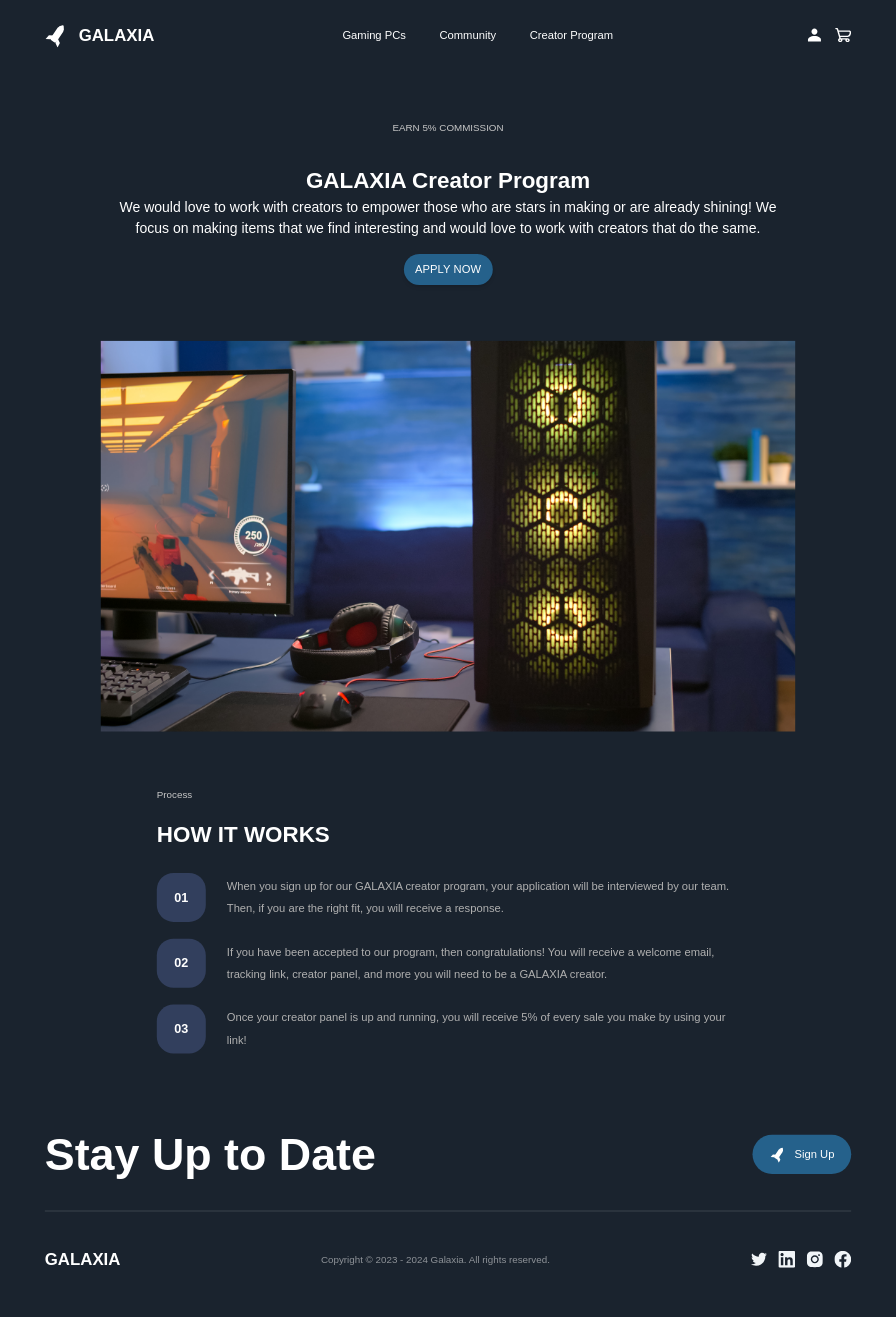
Repository: kaitlynlie/galaxia_pcs
Page: /creator
An editor plug-in stored every save of this project. The page is shown before and after the next save, followed by the edit.
The browser window is 1280 px wide. The pictures show the whole page, at 70% of full size.
Some web fonts or font styles are not loaded; a fallback is used. The project was rebuilt for these pictures with package versions that can differ from the ones it lists, and the page was loaded fresh each time. Also part of the build but not shown: vite.config.js, components/Button.jsx, components/PCcard.jsx, sections/Hero.jsx, sections/Triton.jsx, sections/Neptune.jsx, sections/Jupiter.jsx, sections/WhyUs.jsx and 7 more. Imported but missing from the stored project, and not drawn on this page: src/assets/video.mp4.

Above is the page before, as saved 2023-08-08 18:45:46.

After the next save:
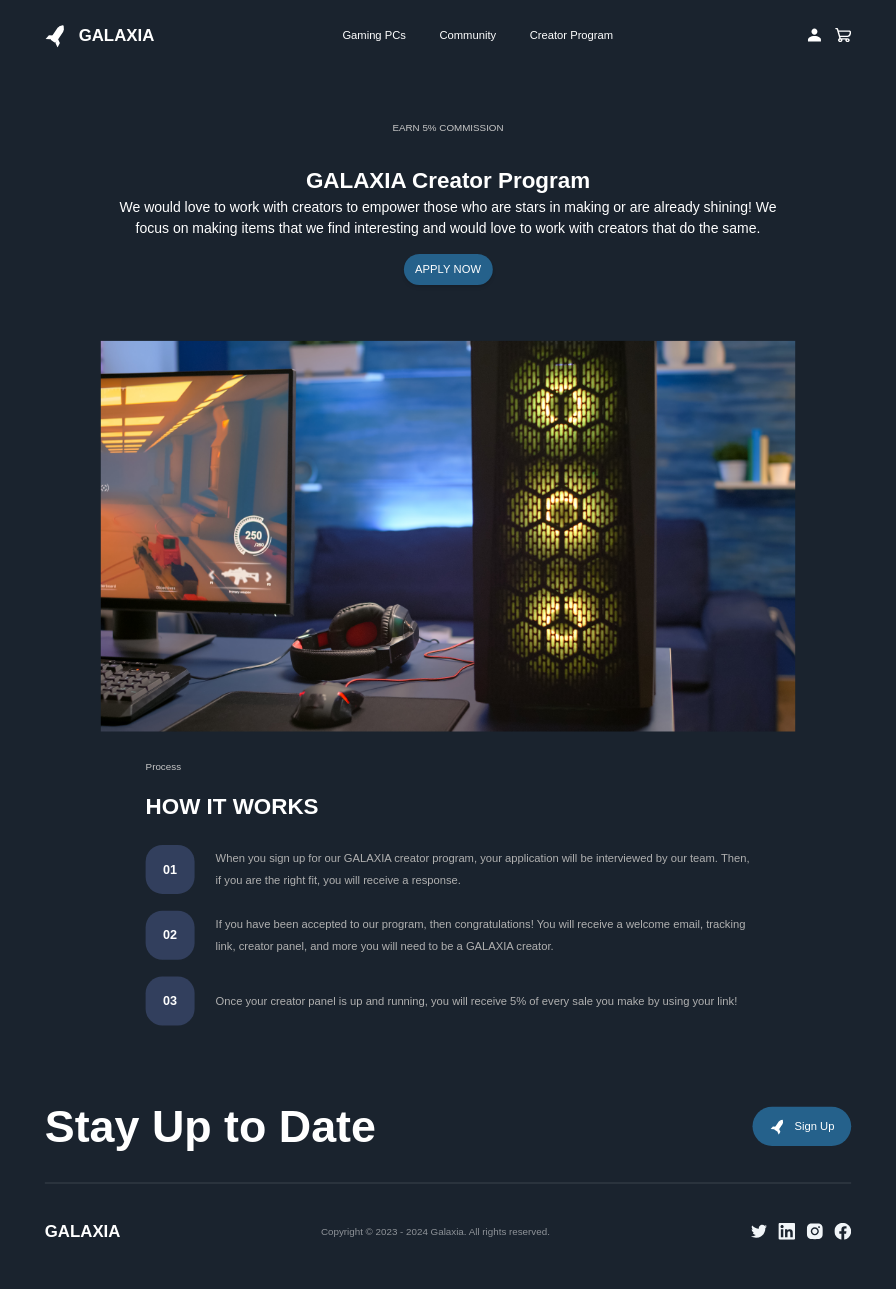
Saved 41 s later.
--- a/sections/Program.jsx
+++ b/sections/Program.jsx
@@ -26,7 +26,7 @@
                 src='/creator.jpg'
                 alt='creator'
             />
-            <div className='mt-20 px-20'>
+            <div className={`${styles.xPaddings} relative mt-10`}>
                 <TypingText title="Process" />
                 <TitleText title={<>HOW IT WORKS</>} />
                 <div className="mt-[31px] flex flex-wrap items-center justify-start gap-[24px]">
